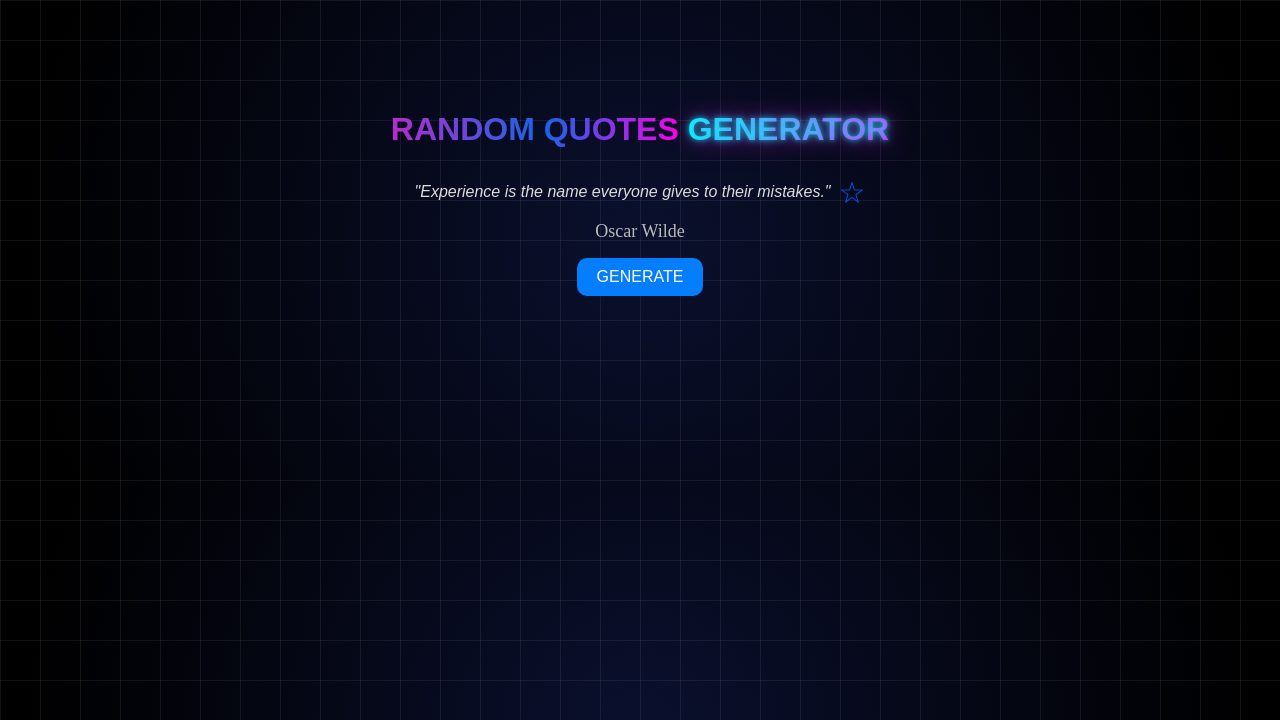
Repository: Adel-la/random-quotes
Page: index.html
These files come from the project's save history. The page is drawn as it stood at one moment and after the next save; the edit follows.
The browser window is 1280 px wide. The pictures show the whole page.

Above is the page before, as saved 2025-06-26 22:29:49.

After the next save:
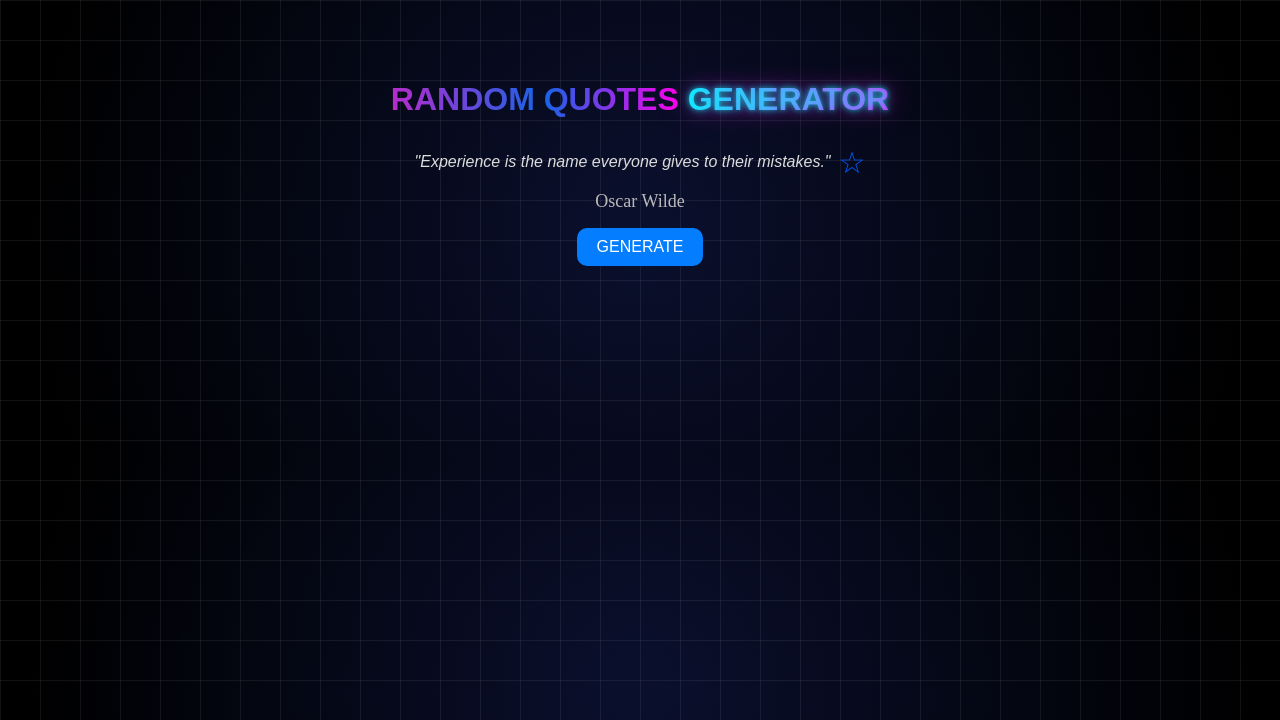
Saved 4 s later.
--- a/styles.css
+++ b/styles.css
@@ -146,7 +146,7 @@ body {
   margin: 50px auto;
   max-width: 600px;
   z-index: 1;
-  margin-top: ;
+  margin-top: 20px;
 }
 
 body {
